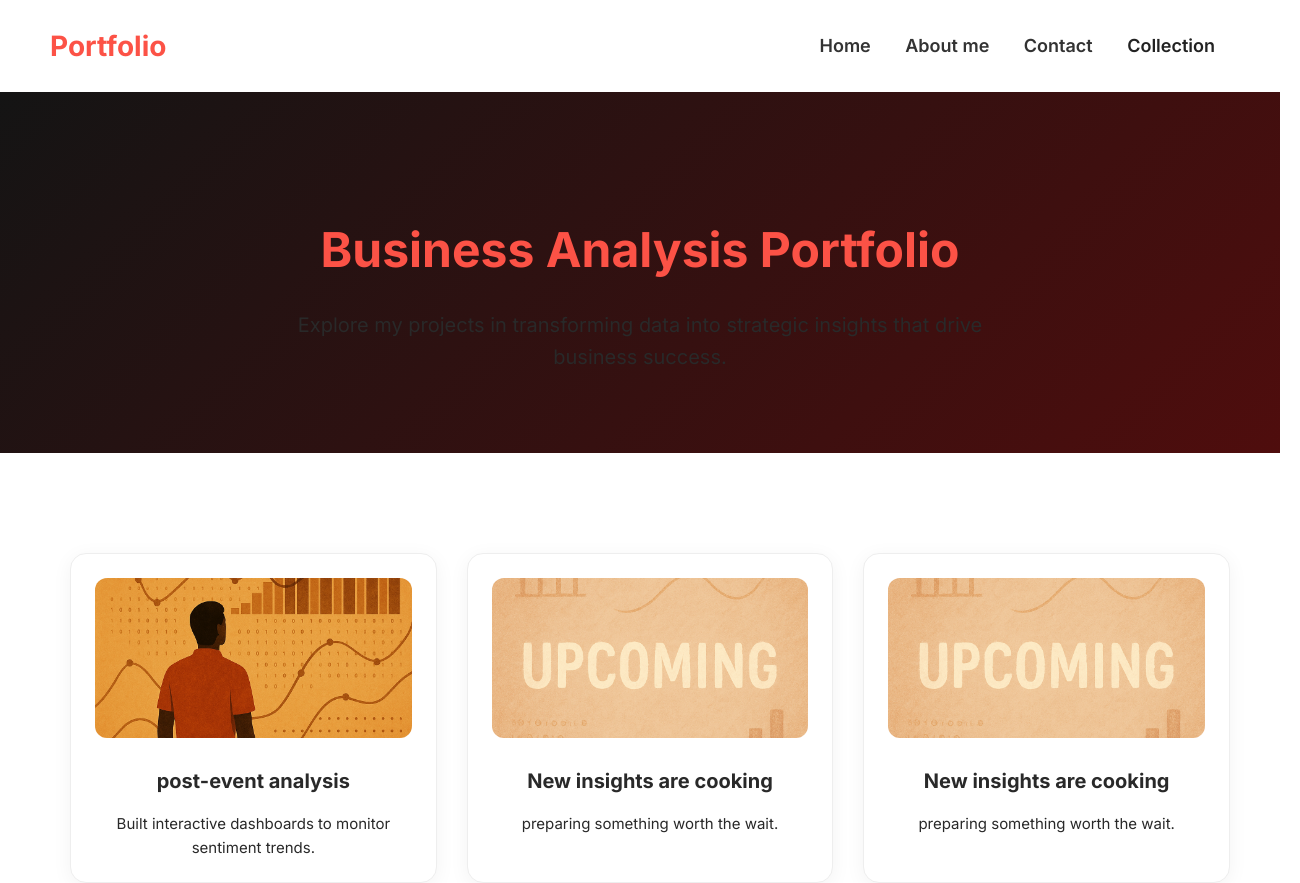
Repository: Wipas1919/Archive-portfolio
Page: projects/business-analysis.html
The author's editor kept a copy of each file at every save. The page is drawn from the files as they stood at one save, then again after the next save.
The browser window is 1280 px wide. The page is 1300 px wide, so the pictures cover 1300 px, including what lies to the right of the window. The pictures show the whole page.

Above is the page before, as saved 2025-06-01 21:00:26.

After the next save:
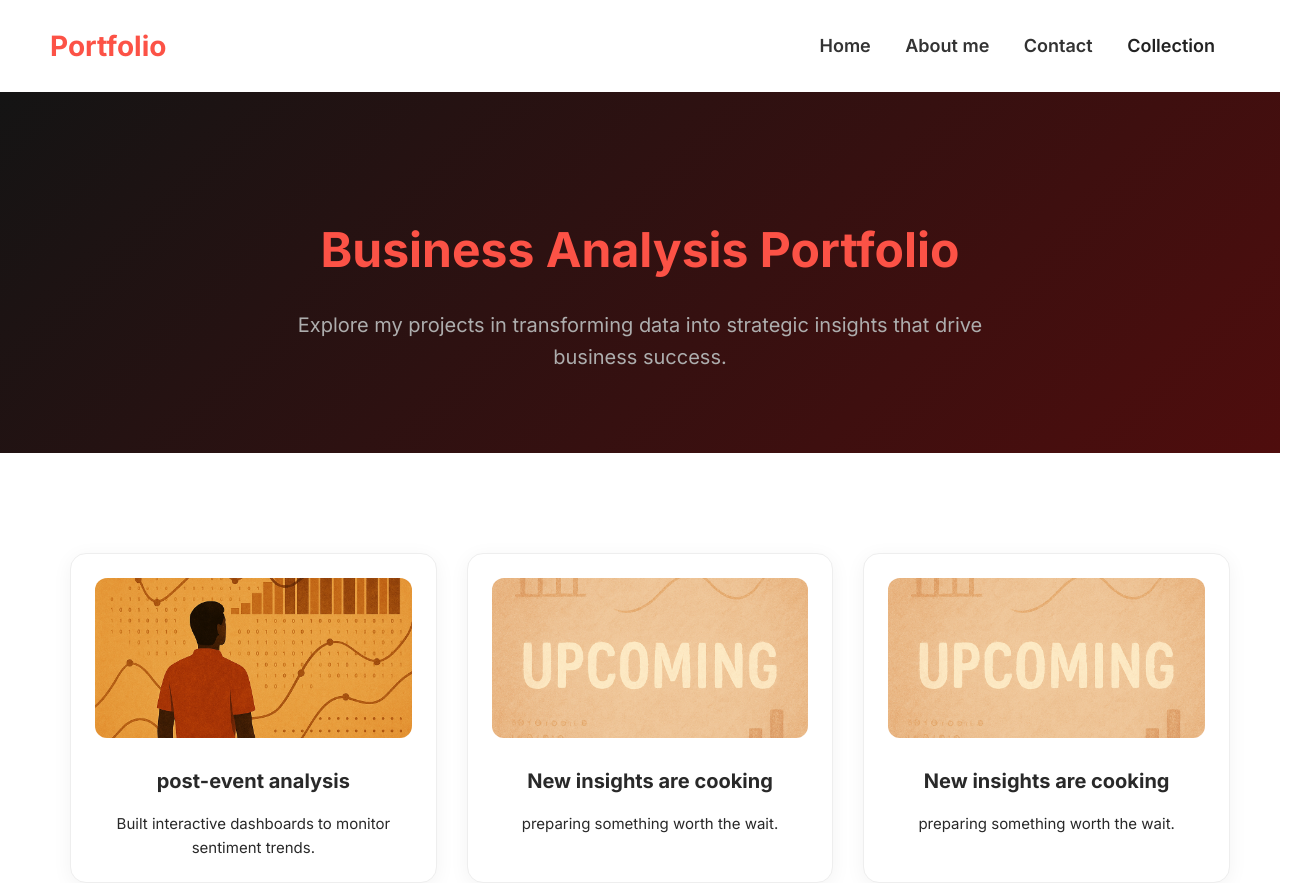
Saved 5 s later.
--- a/projects/business-analysis.html
+++ b/projects/business-analysis.html
@@ -26,7 +26,7 @@
 
     .cover p {
       font-size: 20px;
-      color: adadad;
+      color: #adadad;
       max-width: 700px;
       margin: 0 auto;
     }
